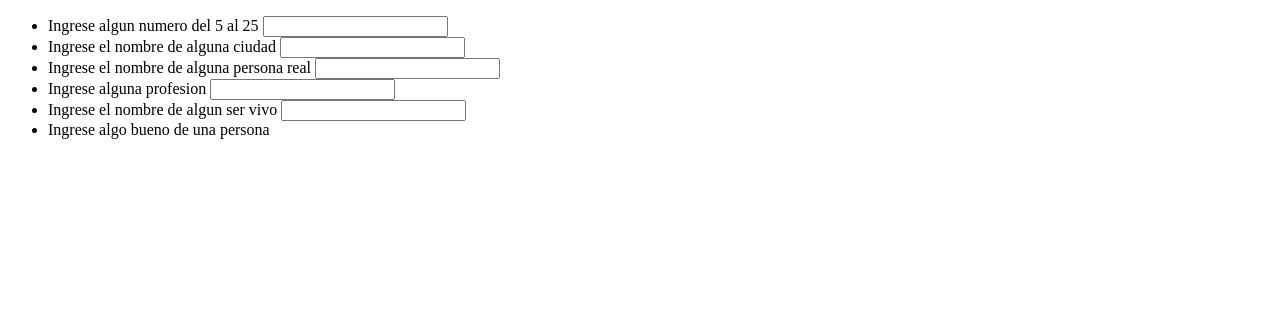
Repository: fanoneytor/condingDojo-JavaSpring
Page: http://localhost/Omikuji/WEB-INF/index.jsp
These files come from the project's save history. The page is drawn as it stood at one moment and after the next save; the edit follows.
The browser window is 1280 px wide. The pictures show the whole page.
The page is served by Tomcat 9. Nobody is signed in. Other server files are loaded and not shown. The template is opened directly, without the code that normally fills it, so the values that code supplies are empty.

Above is the page before, as saved 2023-03-12 17:15:46.

### workspace/Omikuji/src/main/webapp/WEB-INF/index.jsp
<%@ page language="java" contentType="text/html; charset=UTF-8"
    pageEncoding="UTF-8"%>
<%@ taglib prefix = "c" uri = "http://java.sun.com/jsp/jstl/core" %>
<!DOCTYPE html>
<html>
<head>
<meta charset="UTF-8">
<title>Omikuji</title>
</head>
<body>
	<div class="container">
		<form action="">
			<ul>
				<li>
					<label for="numero">Ingrese algun numero del 5 al 25</label>
					<input type="number" />
				</li>
				<li>
					<label for="nombreCiudad">Ingrese el nombre de alguna ciudad</label>
					<input type="text" />
				</li>
				<li>
					<label for="nombre">Ingrese el nombre de alguna persona real</label>
					<input type="text" />
				</li>
				<li>
					<label for="profesion">Ingrese alguna profesion</label>
					<input type="text" />
				</li>
				<li>
					<label for="serVivo">Ingrese el nombre de algun ser vivo</label>
					<input type="text" />
				</li>
				<li>
					<label for="algoBueno">Ingrese algo bueno de una persona</label>
				</li>
			</ul>

		</form>
	</div>

</body>
</html>

After the next save:
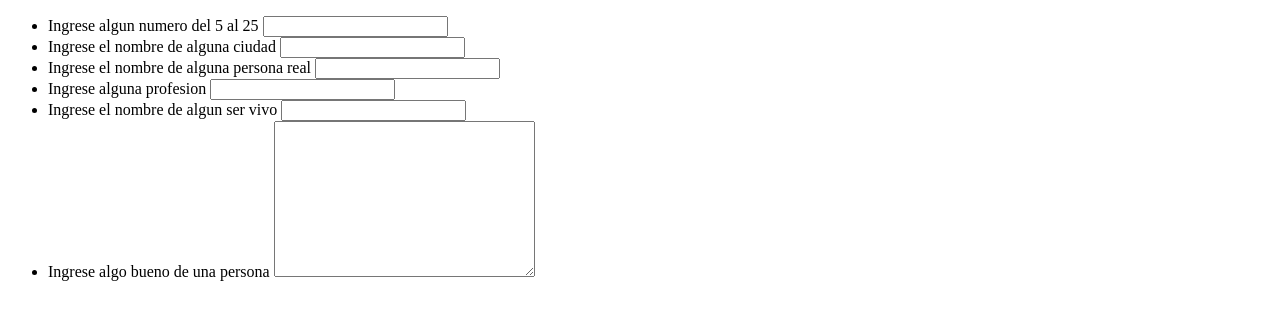
Saved 56 s later.
--- a/workspace/Omikuji/src/main/webapp/WEB-INF/index.jsp
+++ b/workspace/Omikuji/src/main/webapp/WEB-INF/index.jsp
@@ -33,6 +33,7 @@
 				</li>
 				<li>
 					<label for="algoBueno">Ingrese algo bueno de una persona</label>
+					<textarea name="algoBueno" id="algoBueno" cols="30" rows="10"></textarea>
 				</li>
 			</ul>
 
